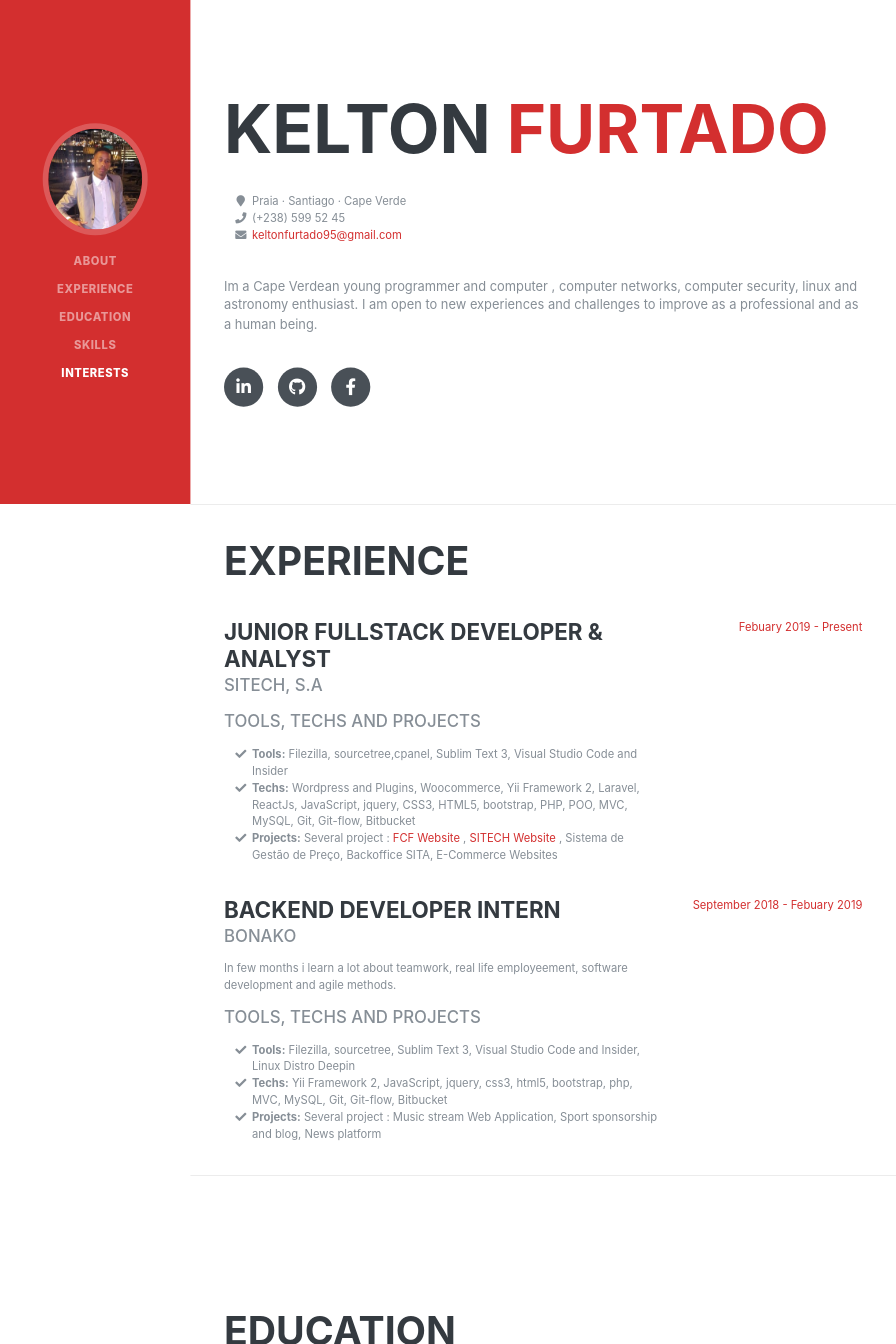
Repository: kcfurtado/kcfurtado.github.io
Page: index.html
The author's editor kept a copy of each file at every save. The page is drawn from the files as they stood at one save, then again after the next save.
The browser window is 1280 px wide. The pictures show the part of the page from y = 0 to 1920 px (the page is 3843 px tall), at 70% of full size.
Some web fonts or font styles are not loaded; a fallback is used.

Above is the page before, as saved 2020-04-04 19:09:10.

### index.html
<!DOCTYPE html>
<html lang="en">

<head>

  <meta charset="utf-8">
  <meta name="viewport" content="width=device-width, initial-scale=1, shrink-to-fit=no">
  <meta name="description" content="">
  <meta name="author" content="">

  <title>Kelton Furtado - Portfolio</title>

  <!-- Bootstrap core CSS -->
  <link href="vendor/bootstrap/css/bootstrap.min.css" rel="stylesheet">

  <!-- Custom fonts for this template -->
  <link href="https://fonts.googleapis.com/css?family=Saira+Extra+Condensed:500,700" rel="stylesheet">
  <link href="https://fonts.googleapis.com/css?family=Muli:400,400i,800,800i" rel="stylesheet">
  <link href="vendor/fontawesome-free/css/all.min.css" rel="stylesheet">

  <!-- Custom styles for this template -->
  <link href="css/resume.min.css" rel="stylesheet">

</head>

<body id="page-top">

  <nav class="navbar navbar-expand-lg navbar-dark bg-primary fixed-top" id="sideNav">
    <a class="navbar-brand js-scroll-trigger" href="#page-top">
      <span class="d-block d-lg-none">Kelton Furtado</span>
      <span class="d-none d-lg-block">
        <img class="img-fluid img-profile rounded-circle mx-auto mb-2" src="img/profile.png" alt="">
      </span>
    </a>
    <button class="navbar-toggler" type="button" data-toggle="collapse" data-target="#navbarSupportedContent" aria-controls="navbarSupportedContent" aria-expanded="false" aria-label="Toggle navigation">
      <span class="navbar-toggler-icon"></span>
    </button>
    <div class="collapse navbar-collapse" id="navbarSupportedContent">
      <ul class="navbar-nav">
        <li class="nav-item">
          <a class="nav-link js-scroll-trigger" href="#about">About</a>
        </li>
        <li class="nav-item">
          <a class="nav-link js-scroll-trigger" href="#experience">Experience</a>
        </li>
        <li class="nav-item">
          <a class="nav-link js-scroll-trigger" href="#education">Education</a>
        </li>
        <li class="nav-item">
          <a class="nav-link js-scroll-trigger" href="#skills">Skills</a>
        </li>
        <li class="nav-item">
          <a class="nav-link js-scroll-trigger" href="#interests">Interests</a>
        </li>
        <!-- <li class="nav-item">
          <a class="nav-link js-scroll-trigger" href="#awards">Awards</a>
        </li> -->
      </ul>
    </div>
  </nav>

  <div class="container-fluid p-0">

    <section class="resume-section p-3 p-lg-5 d-flex align-items-center" id="about">
      <div class="w-100">
        <h1 class="mb-0">Kelton
          <span class="text-primary">Furtado</span>
        </h1>
        <br />
        <br />
        <ul class="fa-ul mb-0">
          <li>
            <i class="fa-li fa fa-map-marker"></i> Praia · Santiago · Cape Verde
          </li>
          <li>
            <i class="fa-li fa fa-phone"></i>(+238) 599 52 45
          </li>
          <li>
            <i class="fa-li fa fa-envelope"></i> <a target="_blank" href="mailto:kelfurtado28@hotmail.com">keltonfurtado95@gmail.com</a>
          </li>
        </ul>
        <br />
        <br />
        <p class="lead mb-5">Im a Cape Verdean young programmer and computer , computer networks, computer security, linux and astronomy enthusiast. I am open to new experiences and challenges to improve as a professional and as a human being.</p>
        <div class="social-icons">
          <a target="_blank" href="https://linkedin.com/in/kelton-furtado">
            <i class="fab fa-linkedin-in"></i>
          </a>
          <a target="_blank" href="https://github.com/kcfurtado/">
            <i class="fab fa-github"></i>
          </a>
          <!--<a href="#">
            <i class="fab fa-twitter"></i>
          </a>-->
          <a target="_blank" href="https://www.facebook.com/kcafurtado">
            <i class="fab fa-facebook-f"></i>
          </a>
        </div>
      </div>
    </section>

    <hr class="m-0">

    <section class="resume-section p-3 p-lg-5 d-flex justify-content-center" id="experience">
      <div class="w-100">
        <h2 class="mb-5">Experience</h2>

        <div class="resume-item d-flex flex-column flex-md-row justify-content-between mb-5">
          <div class="resume-content">
            <h3 class="mb-0">Junior Fullstack Developer &amp; Analyst</h3>
            <div class="subheading mb-3">SITECH, S.A</div>
            <p></p>
            <div class="subheading mb-3">Tools, Techs and projects</div>
            <ul class="fa-ul mb-0">
              <li>
                <i class="fa-li fa fa-check"></i>
                <b>Tools:</b> Filezilla, sourcetree,cpanel, Sublim Text 3, Visual Studio Code and Insider
              </li>
              <li>
                <i class="fa-li fa fa-check"></i>
                <b>Techs:</b> Wordpress and Plugins, Woocommerce, Yii Framework 2, Laravel, ReactJs,  JavaScript, jquery, CSS3, HTML5, bootstrap, PHP, POO, MVC, MySQL, Git, Git-flow, Bitbucket
              </li>
              <li>
                <i class="fa-li fa fa-check"></i>
                <b>Projects:</b> Several project : <a href="#">FCF Website</a> , <a href="#">SITECH Website</a> , Sistema de Gestão de Preço, Backoffice SITA, E-Commerce Websites
              </li>
            </ul>
          </div>
          <div class="resume-date text-md-right">
            <span class="text-primary">Febuary 2019 - Present</span>
          </div>
        </div>

        <div class="resume-item d-flex flex-column flex-md-row justify-content-between">
          <div class="resume-content">
            <h3 class="mb-0">Backend Developer Intern</h3>
            <div class="subheading mb-3">Bonako</div>
            <p> In few months i learn a lot about teamwork, real life employeement, software development and agile methods.</p>
            <div class="subheading mb-3">Tools, Techs and projects</div>
            <ul class="fa-ul mb-0">
              <li>
                <i class="fa-li fa fa-check"></i>
                <b>Tools:</b> Filezilla, sourcetree, Sublim Text 3, Visual Studio Code and Insider, Linux Distro Deepin
              </li>
              <li>
                <i class="fa-li fa fa-check"></i>
                <b>Techs:</b> Yii Framework 2, JavaScript, jquery, css3, html5, bootstrap, php, MVC, MySQL, Git, Git-flow, Bitbucket
              </li>
              <li>
                <i class="fa-li fa fa-check"></i>
                <b>Projects:</b> Several project : Music stream Web Application, Sport sponsorship and blog, News platform
              </li>
            </ul>
          </div>
          <div class="resume-date text-md-right">
            <span class="text-primary">September 2018 - Febuary 2019</span>
          </div>
        </div>

      </div>

    </section>

    <hr class="m-0">

    <section class="resume-section p-3 p-lg-5 d-flex align-items-center" id="education">
      <div class="w-100">
        <h2 class="mb-5">Education</h2>

        <div class="resume-item d-flex flex-column flex-md-row justify-content-between mb-5">
          <div class="resume-content">
            <h3 class="mb-0">University of Cape Verde</h3>
            <div class="subheading mb-3">Computer Engineering</div>
            <div></div>
            <p></p>
          </div>
          <div class="resume-date text-md-right">
            <span class="text-primary">October 2013 - July 2018 </span>
          </div>
        </div>

        <div class="resume-item d-flex flex-column flex-md-row justify-content-between">
          <div class="resume-content">
            <h3 class="mb-0">Fulgêncio Tavares High School</h3>
            <div class="subheading mb-3">Science and Technology</div>
            <p></p>
          </div>
          <div class="resume-date text-md-right">
            <span class="text-primary">September 2007 - July 2013</span>
          </div>
        </div>

      </div>
    </section>

    <hr class="m-0">

    <section class="resume-section p-3 p-lg-5 d-flex align-items-center" id="skills">
      <div class="w-100">
        <h2 class="mb-5">Skills</h2>

        <div class="subheading mb-3">Programming Languages &amp; Tools</div>
        <ul class="list-inline dev-icons">
          <li class="list-inline-item">
            <i class="fab fa-html5"></i>
          </li>
          <li class="list-inline-item">
            <i class="fab fa-css3-alt"></i>
          </li>
          <li class="list-inline-item">
            <i class="fab fa-js-square"></i>
          </li>
          <li class="list-inline-item">
            <i class="fab fa-php"></i>
          </li>
          <li class="list-inline-item">
            <i class="fab fa-laravel"></i>
          </li>
          <li class="list-inline-item">
            <i class="fab fa-yarn"></i>
          </li>
          <li class="list-inline-item">
            <i class="fab fa-node-js"></i>
          </li>
          <li class="list-inline-item">
            <i class="fab fa-bootstrap"></i>
          </li>
          <li class="list-inline-item">
            <i class="fab fa-wordpress"></i>
          </li>
          <li class="list-inline-item">
            <i class="fab fa-yarn"></i>
          </li>
          <li class="list-inline-item">
            <i class="fab fa-git"></i>
          </li>
          <li class="list-inline-item">
            <i class="fab fa-github"></i>
          </li>
          <li class="list-inline-item">
            <i class="fab fa-gitlab"></i>
          </li>
          <li class="list-inline-item">
            <i class="fab fa-bitbucket"></i>
          </li>
          <li class="list-inline-item">
            <i class="fab fa-npm"></i>
          </li>
          <li class="list-inline-item">
            <i class="fab fa-linux"></i>
          </li>
        </ul>

        <!--<div class="subheading mb-3">Workflow</div>
        <ul class="fa-ul mb-0">
          <li>
            <i class="fa-li fa fa-check"></i>
            Web-First, Responsive Design</li>
          <li>
            <i class="fa-li fa fa-check"></i>
            Cross Browser Testing &amp; Debugging</li>
          <li>
            <i class="fa-li fa fa-check"></i>
            Cross Functional Teams</li>
          <!--<li>
            <i class="fa-li fa fa-check"></i>
            Agile Development &amp; Scrum</li>-->
        </ul>
      </div>
    </section>

    <hr class="m-0">

    <section class="resume-section p-3 p-lg-5 d-flex align-items-center" id="interests">
      <div class="w-100">
        <div class="subheading mb-3">Interests</div>
        <ul class="fa-ul mb-0">
          <li>
            <i class="fa-li fa fa-check"></i> Computer network
          </li>
          <li>
            <i class="fa-li fa fa-check"></i> Computer security
          </li>
          <li>
            <i class="fa-li fa fa-check"></i> Linux distros ( Ubuntu, Fedora, Elementary, Deepin, Kali )
          </li>
          <li>
            <i class="fa-li fa fa-check"></i> JavaScript ( ES5, ES6, ES7 )
          </li>
          <li>
            <i class="fa-li fa fa-check"></i> NodeJS
          </li>
          <li>
            <i class="fa-li fa fa-check"></i> Web Services (API REST and RESTFull)
          </li>
          <li>
            <i class="fa-li fa fa-check"></i> ReactJS and React Native
          </li>
          <li>
            <i class="fa-li fa fa-check"></i> PHP
          </li>
          <li>
            <i class="fa-li fa fa-check"></i> PHP Frameworks ( Yii2, Laravel)
          </li>
          <li>
            <i class="fa-li fa fa-check"></i> Open Source Softwares
          </li>
          <li>
            <i class="fa-li fa fa-check"></i> Git, Git-flow, Github, Gitlab, Bitbucket
          </li>
          <li>
            <i class="fa-li fa fa-check"></i> Astronomy (Planets, Stars, Black hole, dark matters )
          </li>
          <li>
            <i class="fa-li fa fa-check"></i> Sports (Football, Handball, Basketball)
          </li>
        </ul>

      </div>
    </section>

    <hr class="m-0">

    <!--<section class="resume-section p-3 p-lg-5 d-flex align-items-center" id="awards">
      <div class="w-100">
        <h2 class="mb-5">Awards &amp; Certifications</h2>
        <ul class="fa-ul mb-0">
          <li>
            <i class="fa-li fa fa-trophy text-warning"></i>
            Google Analytics Certified Developer</li>
          <li>
            <i class="fa-li fa fa-trophy text-warning"></i>
            Mobile Web Specialist - Google Certification</li>
          <li>
            <i class="fa-li fa fa-trophy text-warning"></i>
            1<sup>st</sup>
            Place - University of Colorado Boulder - Emerging Tech Competition 2009</li>
          <li>
            <i class="fa-li fa fa-trophy text-warning"></i>
            1<sup>st</sup>
            Place - University of Colorado Boulder - Adobe Creative Jam 2008 (UI Design Category)</li>
          <li>
            <i class="fa-li fa fa-trophy text-warning"></i>
            2<sup>nd</sup>
            Place - University of Colorado Boulder - Emerging Tech Competition 2008</li>
          <li>
            <i class="fa-li fa fa-trophy text-warning"></i>
            1<sup>st</sup>
            Place - James Buchanan High School - Hackathon 2006</li>
          <li>
            <i class="fa-li fa fa-trophy text-warning"></i>
            3<sup>rd</sup>
            Place - James Buchanan High School - Hackathon 2005</li>
        </ul>
      </div>
    </section>
  -->

  </div>

  <!-- Bootstrap core JavaScript -->
  <script src="vendor/jquery/jquery.min.js"></script>
  <script src="vendor/bootstrap/js/bootstrap.bundle.min.js"></script>

  <!-- Plugin JavaScript -->
  <script src="vendor/jquery-easing/jquery.easing.min.js"></script>

  <!-- Custom scripts for this template -->
  <script src="js/resume.min.js"></script>

</body>

</html>

### css/resume.min.css
/*!
 * Start Bootstrap - Resume v5.0.8 (https://startbootstrap.com/template-overviews/resume)
 * Copyright 2013-2019 Start Bootstrap
 * Licensed under MIT (https://github.com/BlackrockDigital/startbootstrap-resume/blob/master/LICENSE)
 */body{font-family:Muli,-apple-system,BlinkMacSystemFont,'Segoe UI',Roboto,'Helvetica Neue',Arial,sans-serif,'Apple Color Emoji','Segoe UI Emoji','Segoe UI Symbol','Noto Color Emoji';padding-top:54px;color:#868e96}@media (min-width:992px){body{padding-top:0;padding-left:17rem}}h1,h2,h3,h4,h5,h6{font-family:'Saira Extra Condensed',-apple-system,BlinkMacSystemFont,'Segoe UI',Roboto,'Helvetica Neue',Arial,sans-serif,'Apple Color Emoji','Segoe UI Emoji','Segoe UI Symbol','Noto Color Emoji';font-weight:700;text-transform:uppercase;color:#343a40}h1{font-size:6rem;line-height:5.5rem}h2{font-size:3.5rem}h3{font-size:2rem}p.lead{font-size:1.15rem;font-weight:400}.subheading{text-transform:uppercase;font-weight:500;font-family:'Saira Extra Condensed',-apple-system,BlinkMacSystemFont,'Segoe UI',Roboto,'Helvetica Neue',Arial,sans-serif,'Apple Color Emoji','Segoe UI Emoji','Segoe UI Symbol','Noto Color Emoji';font-size:1.5rem}.social-icons a{display:inline-block;height:3.5rem;width:3.5rem;background-color:#495057;color:#fff!important;border-radius:100%;text-align:center;font-size:1.5rem;line-height:3.5rem;margin-right:1rem}.social-icons a:last-child{margin-right:0}.social-icons a:hover{background-color:#d32f2f}.dev-icons{font-size:3rem}.dev-icons .list-inline-item i:hover{color:#d32f2f}#sideNav .navbar-nav .nav-item .nav-link{font-weight:800;letter-spacing:.05rem;text-transform:uppercase}#sideNav .navbar-toggler:focus{outline-color:#9a0007}@media (min-width:992px){#sideNav{text-align:center;position:fixed;top:0;left:0;display:flex;flex-direction:column;width:17rem;height:100vh}#sideNav .navbar-brand{display:flex;margin:auto auto 0;padding:.5rem}#sideNav .navbar-brand .img-profile{max-width:10rem;max-height:10rem;border:.5rem solid rgba(255,255,255,.2)}#sideNav .navbar-collapse{display:flex;align-items:flex-start;flex-grow:0;width:100%;margin-bottom:auto}#sideNav .navbar-collapse .navbar-nav{flex-direction:column;width:100%}#sideNav .navbar-collapse .navbar-nav .nav-item{display:block}#sideNav .navbar-collapse .navbar-nav .nav-item .nav-link{display:block}}section.resume-section{padding-top:5rem!important;padding-bottom:5rem!important;max-width:75rem}section.resume-section .resume-item .resume-date{min-width:none}@media (min-width:768px){section.resume-section{min-height:100vh}section.resume-section .resume-item .resume-date{min-width:18rem}}@media (min-width:992px){section.resume-section{padding-top:3rem!important;padding-bottom:3rem!important}}.bg-primary{background-color:#d32f2f!important}.text-primary{color:#d32f2f!important}a{color:#d32f2f}a:active,a:focus,a:hover{color:#9a0007}

Loaded but not shown: vendor/bootstrap/css/bootstrap.min.css (library); vendor/fontawesome-free/css/all.min.css (library); vendor/jquery/jquery.min.js (library); vendor/bootstrap/js/bootstrap.bundle.min.js (library); vendor/jquery-easing/jquery.easing.min.js (common file); js/resume.min.js (common file)

After the next save:
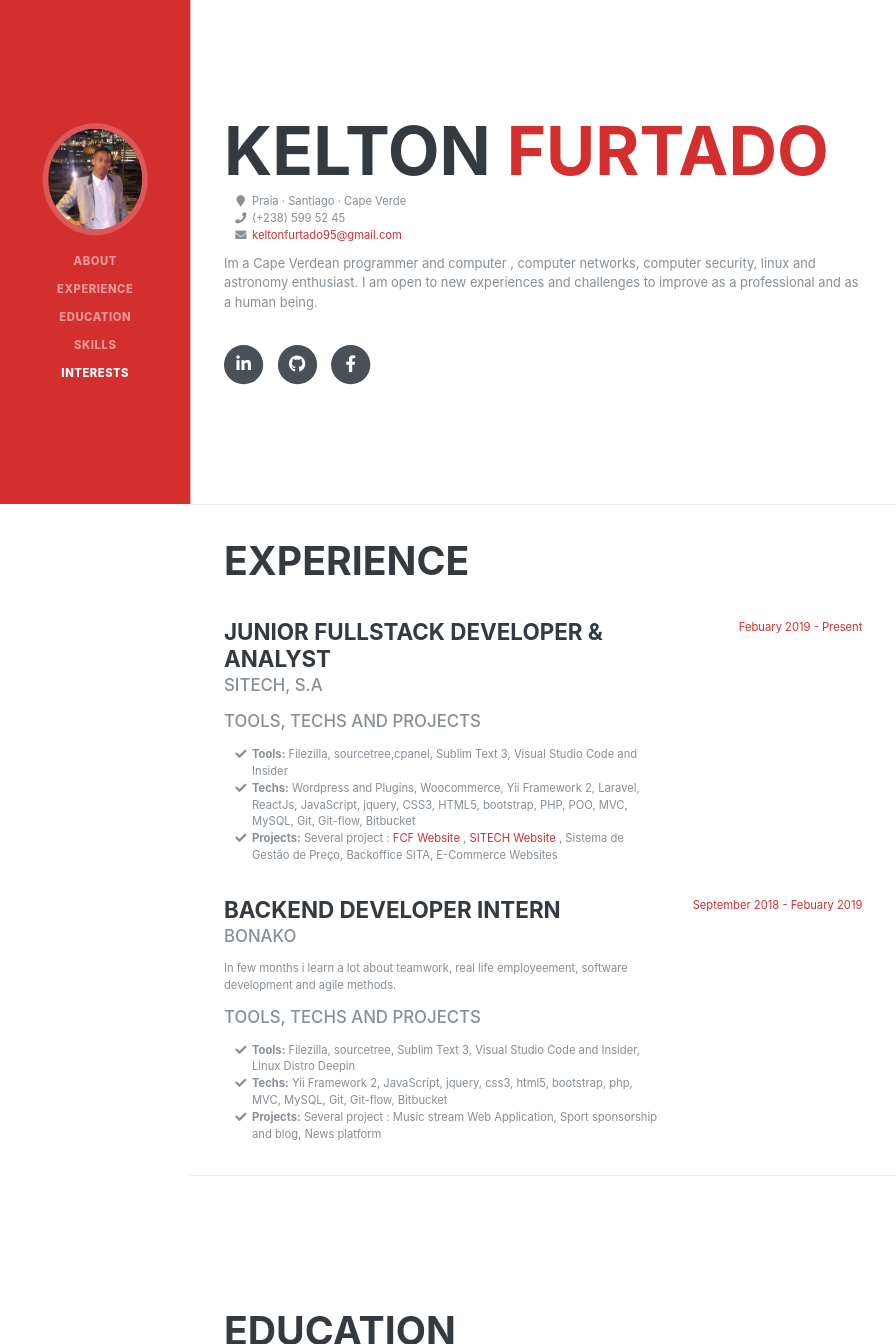
Saved 60 s later.
--- a/index.html
+++ b/index.html
@@ -66,9 +66,7 @@
         <h1 class="mb-0">Kelton
           <span class="text-primary">Furtado</span>
         </h1>
-        <br />
-        <br />
-        <ul class="fa-ul mb-0">
+        <ul class="mt-3 mb-3 fa-ul mb-0">
           <li>
             <i class="fa-li fa fa-map-marker"></i> Praia · Santiago · Cape Verde
           </li>
@@ -79,9 +77,7 @@
             <i class="fa-li fa fa-envelope"></i> <a target="_blank" href="mailto:kelfurtado28@hotmail.com">keltonfurtado95@gmail.com</a>
           </li>
         </ul>
-        <br />
-        <br />
-        <p class="lead mb-5">Im a Cape Verdean young programmer and computer , computer networks, computer security, linux and astronomy enthusiast. I am open to new experiences and challenges to improve as a professional and as a human being.</p>
+        <p class="lead mb-5">Im a Cape Verdean programmer and computer , computer networks, computer security, linux and astronomy enthusiast. I am open to new experiences and challenges to improve as a professional and as a human being.</p>
         <div class="social-icons">
           <a target="_blank" href="https://linkedin.com/in/kelton-furtado">
             <i class="fab fa-linkedin-in"></i>
